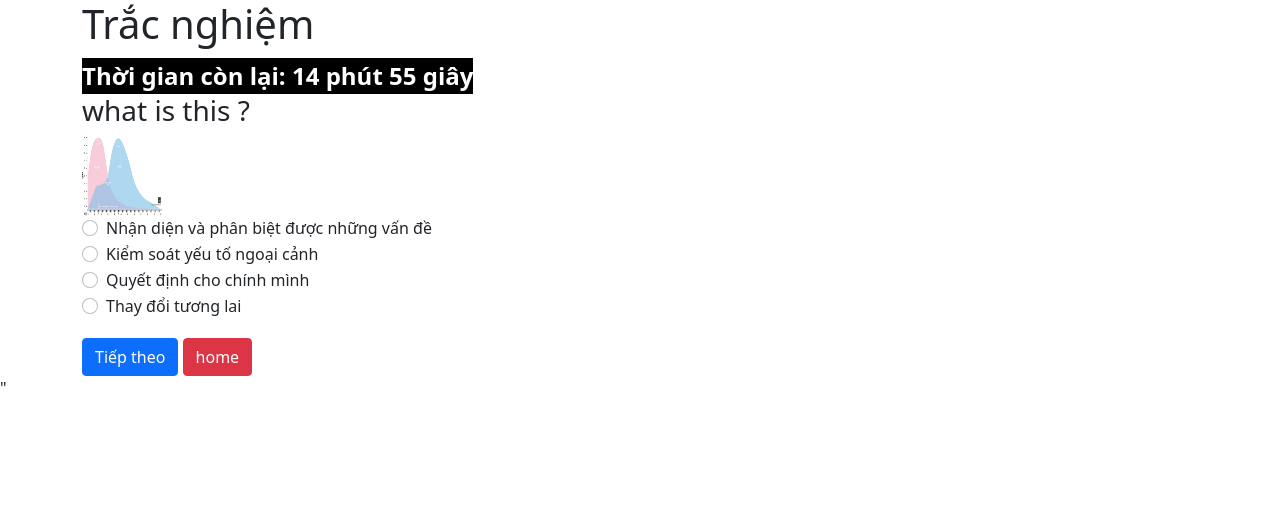
Repository: tran-thien-nhan/quiz_tlln
Page: men_advantage_quiz.html
These files come from the project's save history. The page is drawn as it stood at one moment and after the next save; the edit follows.
The browser window is 1280 px wide. The pictures show the whole page.

Above is the page before, as saved 2023-06-25 19:23:27.

After the next save:
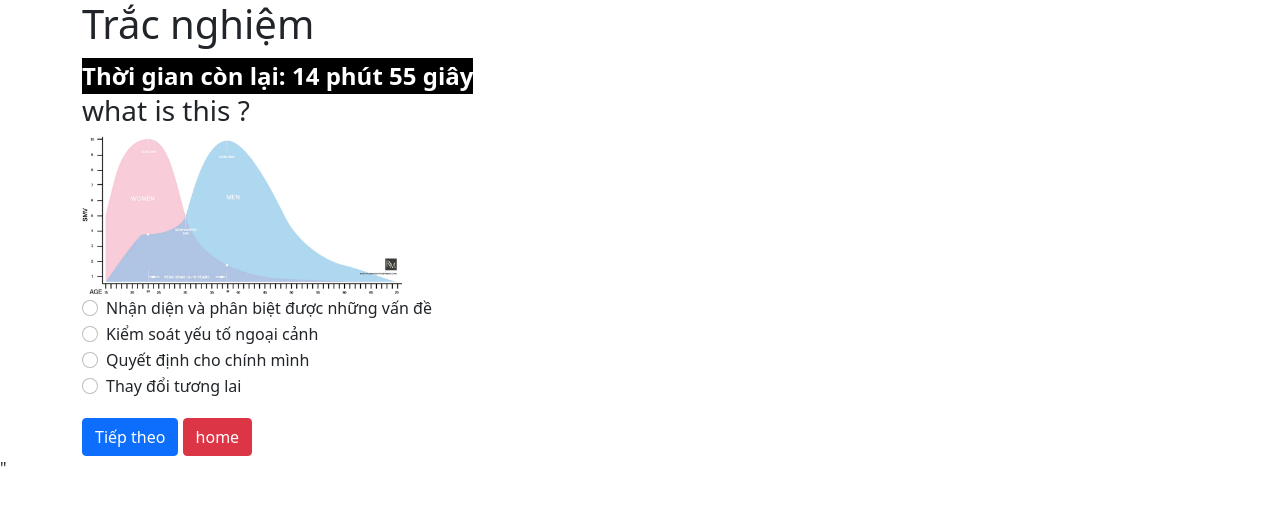
Saved 17 s later.
--- a/men_advantage_quiz.html
+++ b/men_advantage_quiz.html
@@ -19,7 +19,7 @@
         <div id="timeclock"></div>
         <div class="question" id="questionContainer">
             <h3 id="question"></h3>
-            <img src="" alt="" id="image" style="display: none; width: 5rem; height: 5rem;"> <!-- Thêm thẻ <img> để hiển thị hình ảnh -->
+            <img src="" alt="" id="image" style="display: none; width: 20rem; height: 10rem;"> <!-- Thêm thẻ <img> để hiển thị hình ảnh -->
             <div class="form-check">
                 <input class="form-check-input" type="radio" name="answer" id="answer1">
                 <label class="form-check-label" for="answer1" id="answerText1"></label>
